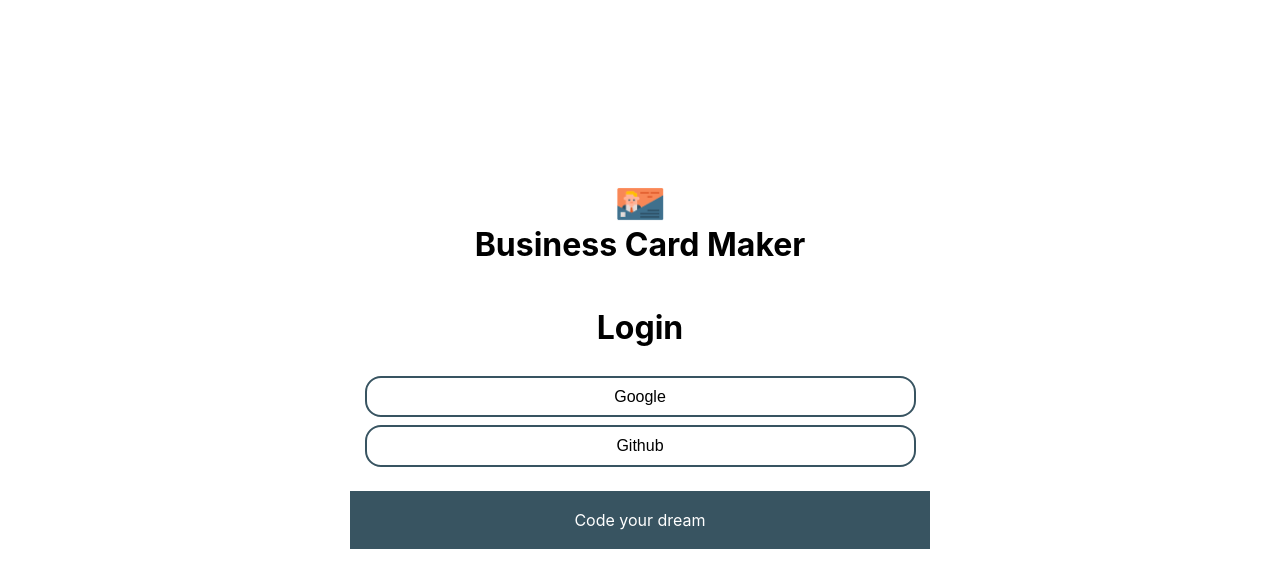
Repository: keehoonjung/Card_Maker
Page: /
An editor plug-in stored every save of this project. The page is shown before and after the next save, followed by the edit.
The browser window is 1280 px wide. The pictures show the whole page.
The page's requests for data from a server got no answer. The project was rebuilt for these pictures with package versions that can differ from the ones it lists, and the page was loaded fresh each time. No one was signed in, and anything a server would have sent is missing.

Above is the page before, as saved 2021-09-08 14:42:49.

### public/index.html
<!DOCTYPE html>
<html lang="en">
  <head>
    <meta charset="utf-8" />
    <link rel="icon" href="%PUBLIC_URL%/favicon.ico" />
    <meta name="viewport" content="width=device-width, initial-scale=1" />
    <meta name="theme-color" content="#000000" />
    <meta
      name="description"
      content="Web site created using create-react-app"
    />
    <link rel="apple-touch-icon" href="%PUBLIC_URL%/logo192.png" />
    <title>App</title>
  </head>
  <body>
    <noscript>You need to enable JavaScript to run this app.</noscript>
    <div id="root"></div>
  </body>
</html>

### src/index.js
import React from "react";
import ReactDOM from "react-dom";
import "./index.css";
import App from "./app";
import AuthService from "./service/auth_service";

const authService = new AuthService();

ReactDOM.render(
  <React.StrictMode>
    <App authService={authService} />
  </React.StrictMode>,
  document.getElementById("root")
);

### src/app.jsx
import React from "react";
import Login from "./components/login/login";
import styles from "./app.module.css";

const App = ({ authService }) => {
  return (
    <section className={styles.container}>
      <Login authService={authService} />
    </section>
  );
};

export default App;

### src/service/auth_service.js
import firebase from "firebase";
import firebaseApp from "./firebase";

class AuthService {
  login(providerName) {
    const authProvider = new firebase.auth[`${providerName}AuthProvider`]();
    return firebaseApp.auth().signInWithPopup(authProvider);
  }
}

export default AuthService;

### src/components/login/login.jsx
import React from "react";
import Footer from "../footer/footer";
import Header from "../header/header";
import styles from "./login.module.css";

const Login = ({ authService }) => {
  const onLogin = (event) => {
    authService //
      .login(event.currentTarget.textContent)
      .then(console.log);
    console.log("hello");
  };
  return (
    <section className={styles.container}>
      <Header />
      <section className={styles.login}>
        <h1 className={styles.login_title}>Login</h1>
        <button onClick={onLogin} className={styles.login_btn}>
          Google
        </button>
        <button onClick={onLogin} className={styles.login_btn}>
          Github
        </button>
      </section>
      <Footer />
    </section>
  );
};

export default Login;

### src/app.module.css
@value makerGrey from './common/colors.css';

.container {
  height: 100vh;
  display: flex;
  align-items: center;
  justify-content: center;
  background-color: makerGrey;
}

### src/service/firebase.js
import firebase from "firebase";

const firebaseConfig = {
  apiKey: process.env.REACT_APP_FIREBASE_API_KEY,
  authDomain: process.env.REACT_APP_FIREBASE_AUTH_DOMAIN,
  projectId: process.env.REACT_APP_FIREBASE_PROJECT_ID,
};

const firebaseApp = firebase.initializeApp(firebaseConfig);

export default firebaseApp;

### src/components/footer/footer.jsx
import React from "react";
import styles from "./footer.module.css";

const Footer = (props) => (
  <footer className={styles.footer}>
    <p>Code your dream</p>
  </footer>
);

export default Footer;

### src/components/header/header.jsx
import React from "react";
import styles from "./header.module.css";

const Header = (props) => (
  <header className={styles.head}>
    <img className={styles.logo} src="./images/logo.png" alt="main_logo" />
    <h1 className={styles.title}> Business Card Maker</h1>
  </header>
);

export default Header;

### src/components/login/login.module.css
@value makerGreen,makerWhite from "/src/common/colors.css";

button {
  background-color: transparent;
  outline: none;
  cursor: pointer;
}

.container {
  display: flex;
  flex-direction: column;
  align-items: center;
  justify-content: center;
  width: 580px;
  min-width: 520px;
  height: 500px;
  min-height: 380px;
}

.login {
  display: flex;
  flex-direction: column;
  align-items: center;
  width: 100%;
  background-color: white;
  padding-bottom: 1rem;
}

.login_title {
  font-size: 2rem;
  margin: 1.8rem;
}

.login_btn {
  width: 95%;
  border: 2px solid #385461;
  padding: 0.6rem;
  margin-bottom: 0.5rem;
  border-radius: 1rem;
  font-size: 1rem;
}

### src/components/footer/footer.module.css
.footer {
  width: 100%;
  text-align: center;
  font-size: 1rem;
  padding: 0.2rem;
  background-color: #385461;
  color: white;
}

### src/components/header/header.module.css
@value makerGreen,makerWhite from "/src/common/colors.css";

.head {
  width: 100%;
  text-align: center;
  padding: 1rem;
  background-color: makerGreen;
  color: makerWhite;
}

.logo {
  width: 3rem;
}

.title {
  font-size: 2rem;
  margin: 0;
}

Loaded but not shown: src/index.css (common file)

After the next save:
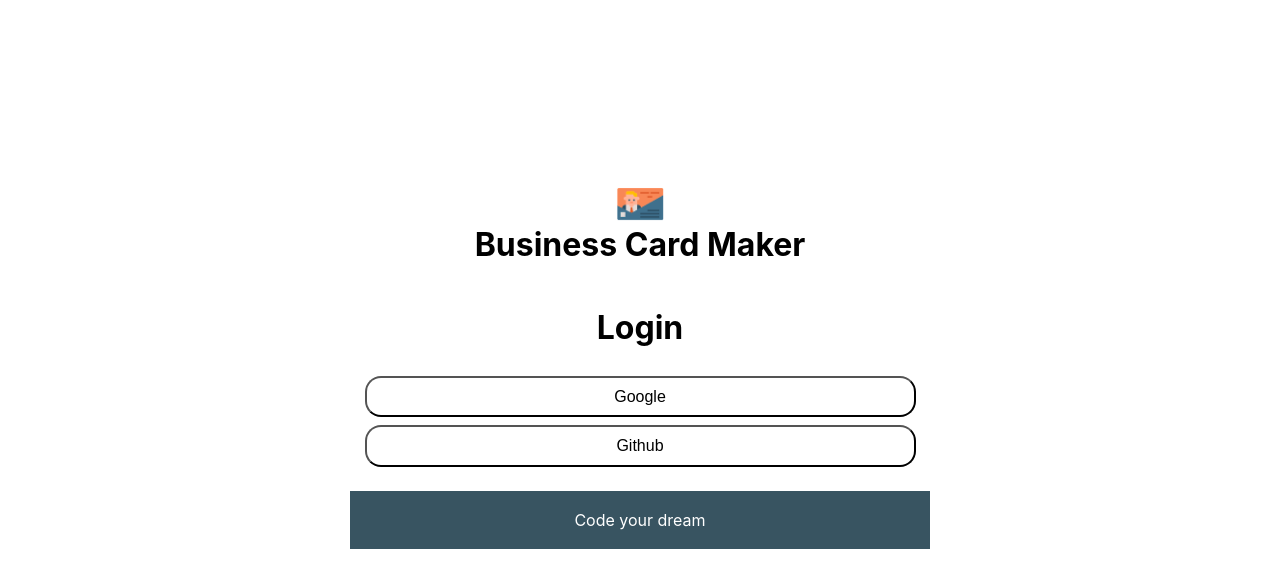
Saved 6 s later.
--- a/src/components/login/login.module.css
+++ b/src/components/login/login.module.css
@@ -33,7 +33,7 @@
 
 .login_btn {
   width: 95%;
-  border: 2px solid #385461;
+  border: 2px solid makerGreen;
   padding: 0.6rem;
   margin-bottom: 0.5rem;
   border-radius: 1rem;
